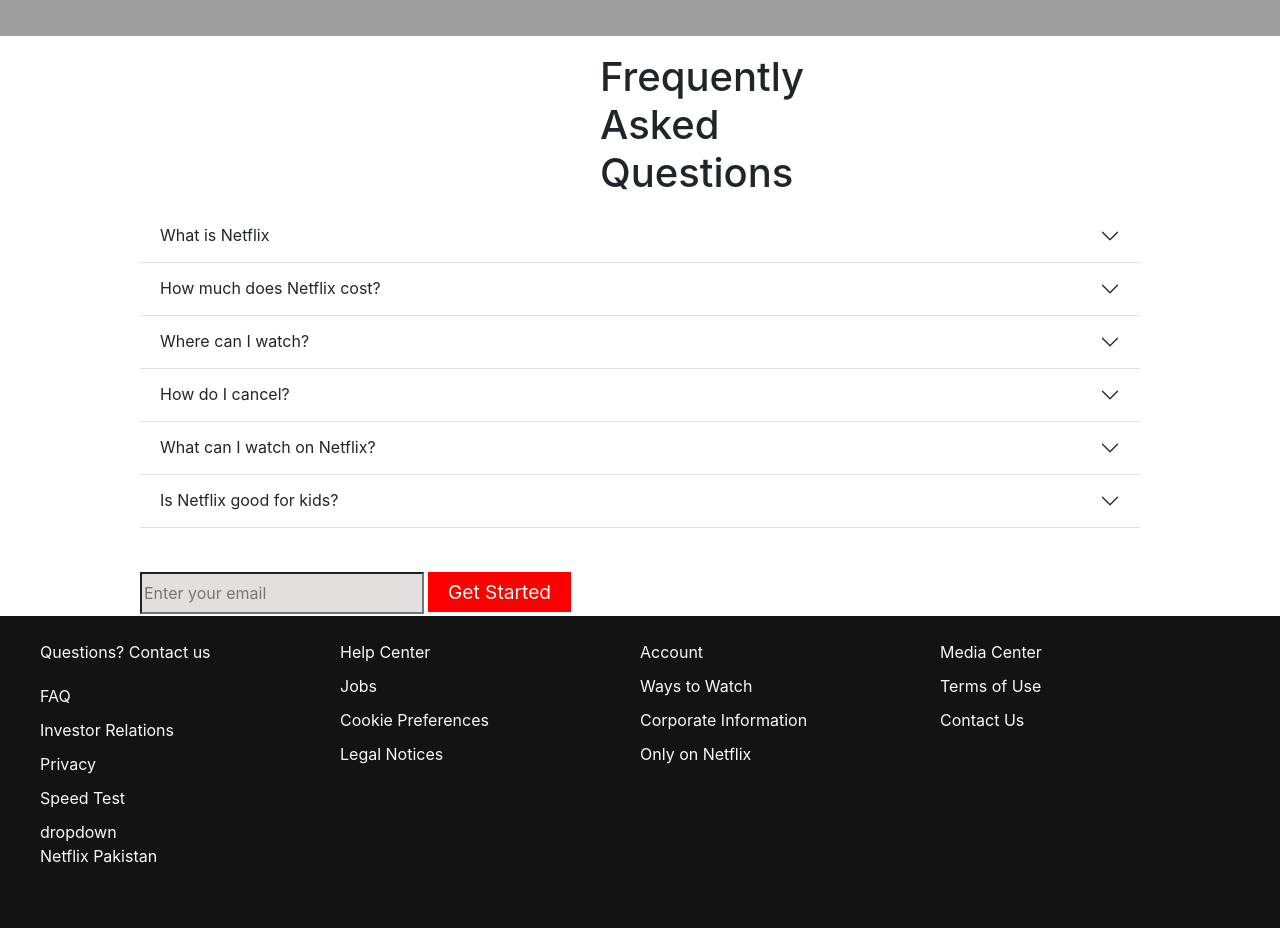
Repository: WajihaGul/Netflix-Clone
Page: /
The author's editor kept a copy of each file at every save. The page is drawn from the files as they stood at one save, then again after the next save.
The browser window is 1280 px wide. The pictures show the part of the page from y = 585 to 1537 px (the page is 1513 px tall before and 1537 px after).
Pictures or frames that could not be fetched are drawn as grey boxes. The project was rebuilt for these pictures with package versions that can differ from the ones it lists, and the page was loaded fresh each time. Also part of the build but not shown: src/App.css.

Above is the page before, as saved 2024-05-24 15:32:56.

After the next save:
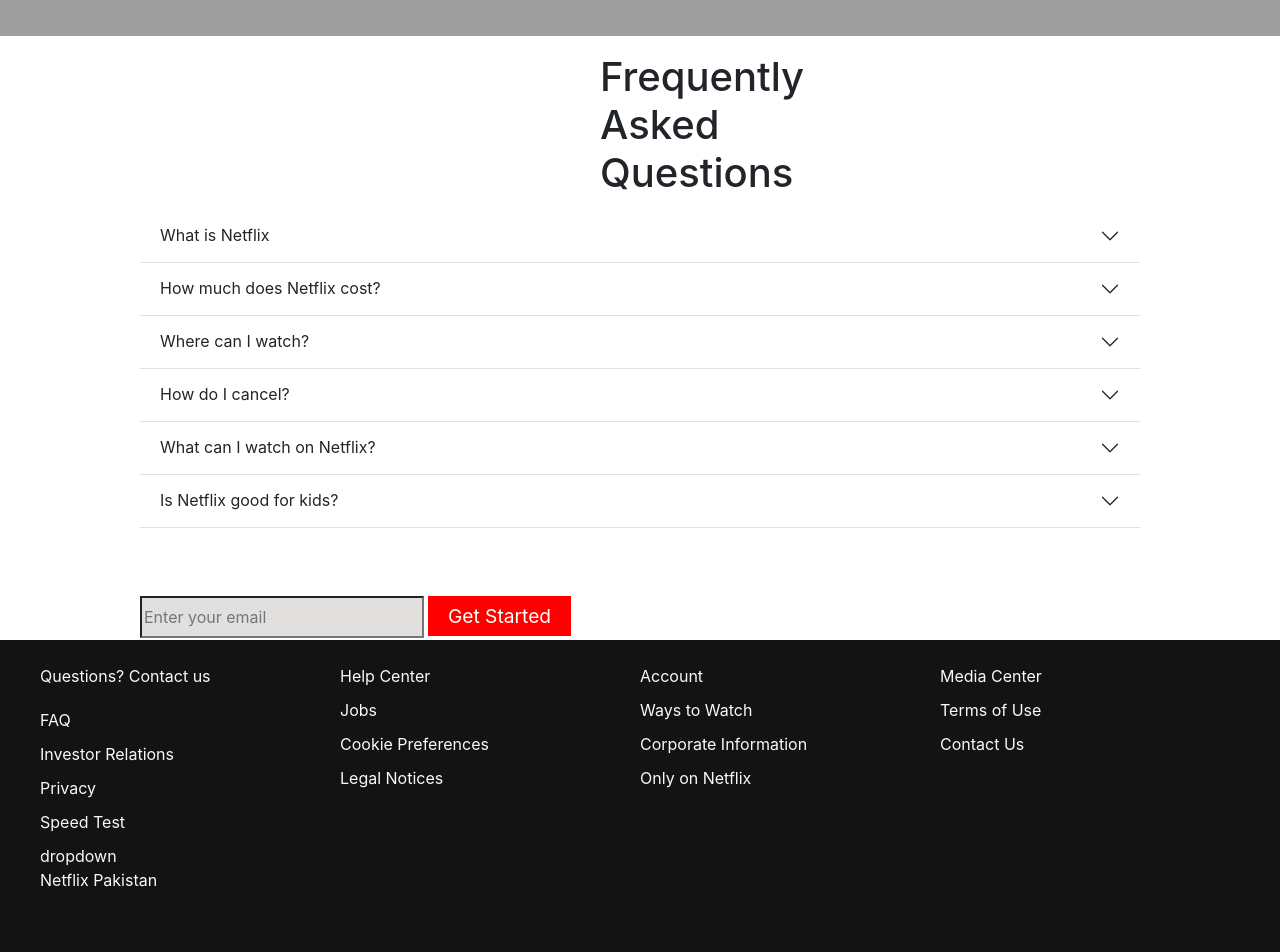
Saved 86 s later.
--- a/src/Components/FAQs/FAQs.module.css
+++ b/src/Components/FAQs/FAQs.module.css
@@ -22,7 +22,8 @@
 
 .SignupText{
    color: white;
-
+   padding-left: 255px;
+   padding-right: 255px;
 }
 
 .SignupForm{
